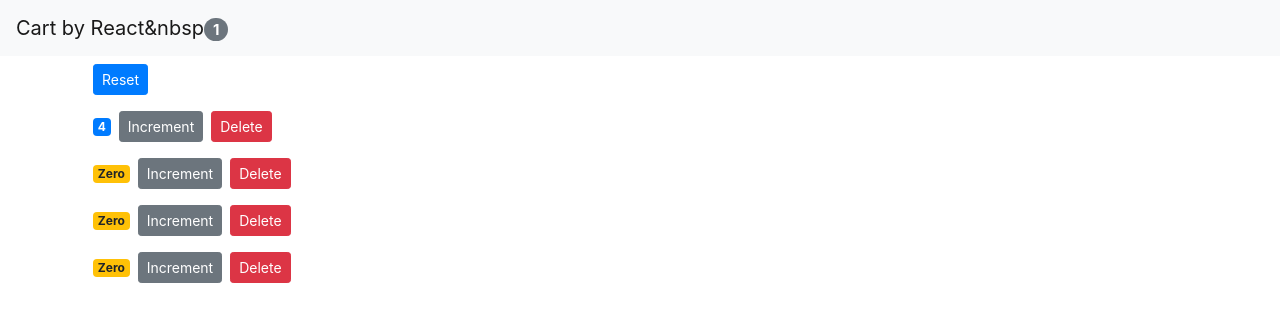
Repository: smk87/First-React-App
Page: /
An editor plug-in stored every save of this project. The page is shown before and after the next save, followed by the edit.
The browser window is 1280 px wide. The pictures show the whole page.
The project was rebuilt for these pictures with package versions that can differ from the ones it lists, and the page was loaded fresh each time. Also part of the build but not shown: src/App.css.

Above is the page before, as saved 2019-01-06 14:24:04.

After the next save:
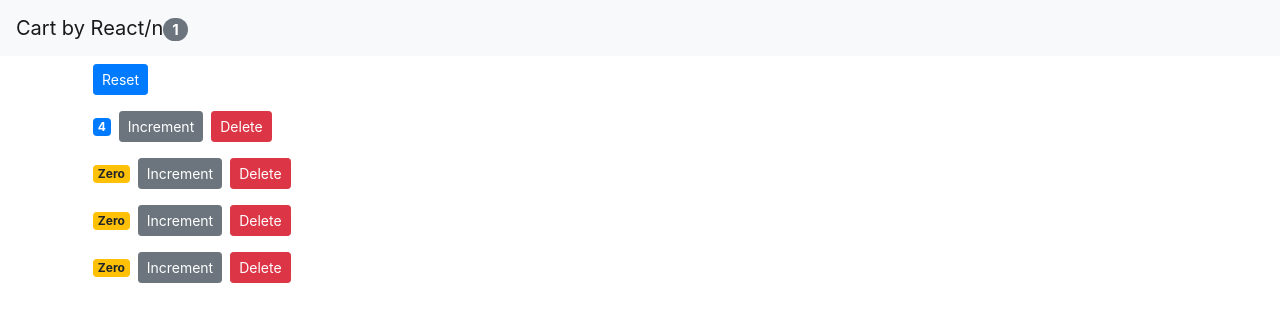
Saved 5 s later.
--- a/src/components/navbar.jsx
+++ b/src/components/navbar.jsx
@@ -4,7 +4,7 @@ const NavBar = props => {
   return (
     <nav className="navbar navbar-light bg-light">
       <a className="navbar-brand" href="#">
-        Cart by React{"&nbsp"}
+        Cart by React{"/n"}
         <span className="badge badge-pill badge-secondary">
           {props.totalCounters}
         </span>
